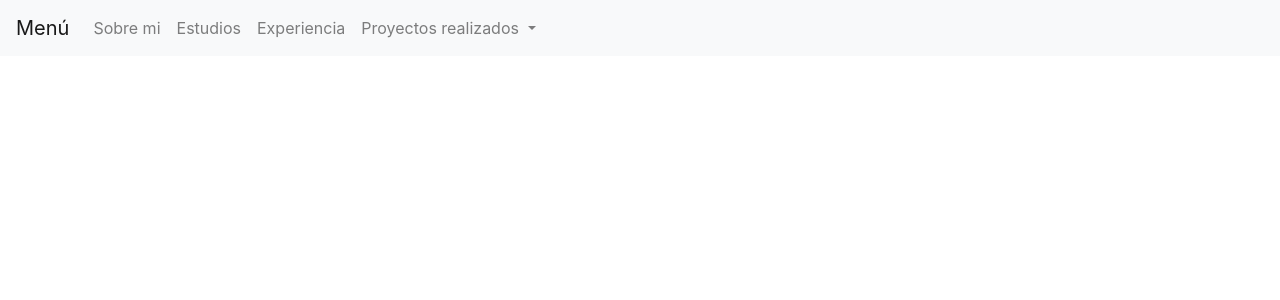
Repository: Hrotgarion1/jose
Page: catia.html
An editor plug-in stored every save of this project. The page is shown before and after the next save, followed by the edit.
The browser window is 1280 px wide. The pictures show the whole page.

Above is the page before, as saved 2020-09-29 17:49:12.

### catia.html
<!DOCTYPE html>
<html lang="en">
<head>
    <meta charset="UTF-8">
    <meta name="viewport" content="width=device-width, user-scalable=no, initial-scale=1.0, maximum-scale=1.0, minimum-scale=1.0">
    <title>josenunez.eu</title>
    <meta name="jose p nunez" content="">
    <link rel="stylesheet" href="css/bootstrap.min.css">
    <!-- Favicon -->
    <link rel="shortcut icon" href="img/LogoPuntaDeLanza.png">
</head>
<body>
    <!--Navegador responsive de la web-->
    <nav class="navbar navbar-expand-lg navbar-light bg-light">
        <a class="navbar-brand" href="../jose/index.html">Menú</a>
        <button class="navbar-toggler" type="button" data-toggle="collapse" data-target="#navbarNavDropdown" aria-controls="navbarNavDropdown" aria-expanded="false" aria-label="Toggle navigation">
          <span class="navbar-toggler-icon"></span>
        </button>

        <div class="collapse navbar-collapse" id="navbarNavDropdown">
          <ul class="navbar-nav">
            <li class="nav-item">
              <a class="nav-link" href="#">Sobre mi <span class="sr-only">(current)</span></a>
            </li>
            <li class="nav-item">
              <a class="nav-link" href="#">Estudios</a>
            </li>
            <li class="nav-item">
              <a class="nav-link" href="#">Experiencia</a>
            </li>
            <li class="nav-item dropdown">
              <a class="nav-link dropdown-toggle" href="#" id="navbarDropdownMenuLink" role="button" data-toggle="dropdown" aria-haspopup="true" aria-expanded="false">
                Proyectos realizados
              </a>
              <div class="dropdown-menu" aria-labelledby="navbarDropdownMenuLink">
                <a class="dropdown-item" href="../jose/solid.html">Diseños con SolidWorks</a>
                <a class="dropdown-item" href="../jose/catia.html">Diseños con Catia V5</a>
                <a class="dropdown-item" href="../jose/projects.html">Proyectos realizados</a>
                <a class="dropdown-item" href="../jose/video.html">Videos</a>
              </div>
            </li>
          </ul>
        </div>
      </nav>

      <!--Imagen principal-->

    <script src="js/jquery-3.5.1.min.js"></script>
    <script src="js/bootstrap.min.js"></script>



</body>
</html>

Loaded but not shown: css/bootstrap.min.css (library); js/jquery-3.5.1.min.js (library); js/bootstrap.min.js (library)

After the next save:
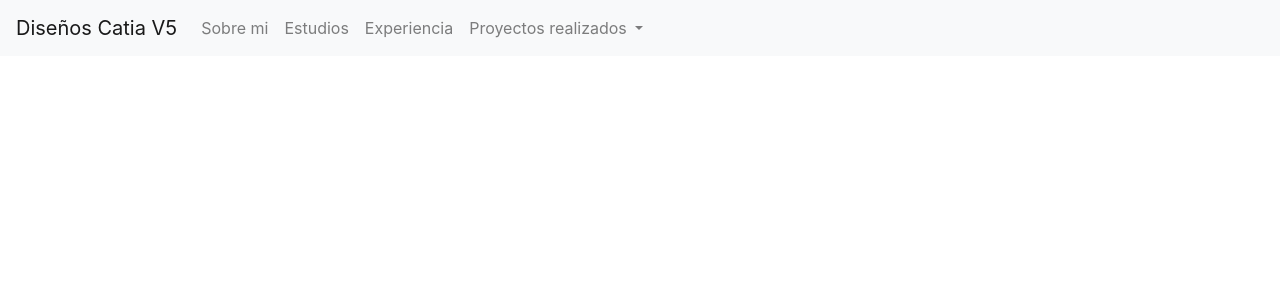
Saved 48 s later.
--- a/catia.html
+++ b/catia.html
@@ -12,7 +12,7 @@
 <body>
     <!--Navegador responsive de la web-->
     <nav class="navbar navbar-expand-lg navbar-light bg-light">
-        <a class="navbar-brand" href="../jose/index.html">Menú</a>
+        <a class="navbar-brand" href="../jose/index.html">Diseños Catia V5</a>
         <button class="navbar-toggler" type="button" data-toggle="collapse" data-target="#navbarNavDropdown" aria-controls="navbarNavDropdown" aria-expanded="false" aria-label="Toggle navigation">
           <span class="navbar-toggler-icon"></span>
         </button>
